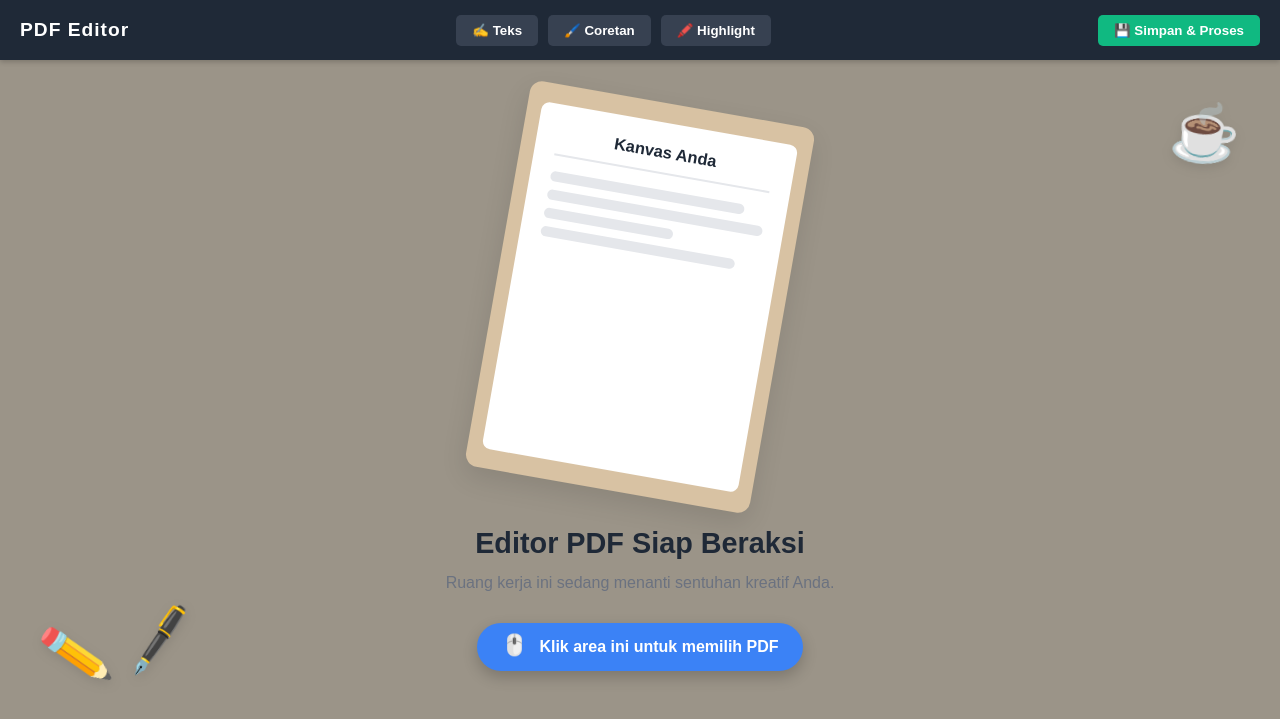
Repository: IkhsanMoekhtar/pdf_editor
Page: /
These files come from the project's save history. The page is drawn as it stood at one moment and after the next save; the edit follows.
The browser window is 1280 px wide. The pictures show the whole page.
The pointer rests on the first visible `.empty-state.desktop-scene`.
The project was rebuilt for these pictures with package versions that can differ from the ones it lists, and the page was loaded fresh each time. Also part of the build but not shown: vite.config.js.

Above is the page before, as saved 2026-03-18 04:57:35.

### index.html
<!doctype html>
<html lang="en">
  <head>
    <meta charset="UTF-8" />
    <link rel="icon" type="image/svg+xml" href="/favicon.svg" />
    <meta name="viewport" content="width=device-width, initial-scale=1.0" />
    <title>frontend-pdf</title>
  </head>
  <body>
    <div id="root"></div>
    <script type="module" src="/src/main.jsx"></script>
  </body>
</html>

### src/index.css
/* --- CSS RESET GLOBAL --- */

/* Tanda bintang (*) artinya menerapkan aturan ini ke SEMUA elemen di website */
* {
  margin: 0;
  padding: 0;
  box-sizing: border-box; /* Memastikan padding tidak menambah lebar elemen */
}

/* Memaksa elemen dasar website untuk mengambil 100% layar tanpa sisa */
html, body, #root {
  width: 100%;
  height: 100%;
  background-color: #f3f4f6; /* Warna latar belakang aplikasi kita */
}

/* Menghilangkan font default yang kaku */
body {
  font-family: Inter, system-ui, Avenir, Helvetica, Arial, sans-serif;
  -webkit-font-smoothing: antialiased;
}

### src/App.jsx
import React, { useState, useRef } from 'react';
import './App.css';

function App() {
  const [pdfFile, setPdfFile] = useState(null);
  const [activeTool, setActiveTool] = useState(null);

  // Membuat referensi untuk elemen input file yang disembunyikan
  const fileInputRef = useRef(null);

  const handleFileUpload = (event) => {
    const file = event.target.files[0];
    if (file && file.type === 'application/pdf') {
      const fileUrl = URL.createObjectURL(file);
      setPdfFile(fileUrl);
    } else {
      alert("Mohon unggah file dengan format PDF.");
    }
  };

  const handleToolClick = (toolName) => {
    setActiveTool(toolName);
    if (toolName === 'save') {
      alert("Mempersiapkan data untuk dikirim ke backend Golang!");
      setActiveTool(null);
    }
  };

  // Fungsi yang dijalankan saat area kosong diklik
  const triggerUpload = () => {
    fileInputRef.current.click(); // Memicu klik pada input file yang asli
  };

  return (
    <div className="app-container">

      {/* --- TOPBAR: Menu Editing Utama --- */}
      <header className="topbar">
        <div className="brand">
          <strong>PDF Editor</strong>
        </div>

        <div className="tools-group">
          <button className={`tool-btn ${activeTool === 'text' ? 'active' : ''}`} onClick={() => handleToolClick('text')}>
            ✍️ Teks
          </button>
          <button className={`tool-btn ${activeTool === 'draw' ? 'active' : ''}`} onClick={() => handleToolClick('draw')}>
            🖌️ Coretan
          </button>
          <button className={`tool-btn ${activeTool === 'highlight' ? 'active' : ''}`} onClick={() => handleToolClick('highlight')}>
            🖍️ Highlight
          </button>
        </div>

        <button className="tool-btn save-btn" onClick={() => handleToolClick('save')}>
          💾 Simpan & Proses
        </button>
      </header>

      {/* --- AREA KERJA UTAMA --- */}
      <main className="workspace">
        <div className="viewer-container">
          {pdfFile ? (
            <iframe
              src={pdfFile}
              width="100%"
              height="100%"
              title="PDF Viewer"
              style={{ border: 'none' }}
            />
          ) : (
            // --- AREA KOSONG (KLIK UNTUK UPLOAD) ---
            // Tambahkan event onClick ke kontainer utama
            <div className="empty-state desktop-scene" onClick={triggerUpload}>

              {/* INPUT FILE TERSEMBUNYI */}
              <input
                type="file"
                accept="application/pdf"
                style={{ display: 'none' }}
                ref={fileInputRef}
                onChange={handleFileUpload}
              />

              {/* Dekorasi Papan Klip */}
              <div className="clipboard">
                <div className="clipboard-paper">
                  <div className="clipboard-header">Kanvas Anda</div>
                  <div className="clipboard-content">
                    <div className="empty-line large"></div>
                    <div className="empty-line"></div>
                    <div className="empty-line medium"></div>
                    <div className="empty-line large"></div>
                  </div>
                </div>
              </div>

              {/* Dekorasi Meja */}
              <div className="desk-item coffee-cup">☕️</div>
              <div className="desk-item pens">✏️ 🖋️</div>

              {/* Pesan */}
              <div className="message-container">
                <h3>Editor PDF Siap Beraksi</h3>
                <p>Ruang kerja ini sedang menanti sentuhan kreatif Anda.</p>
              </div>

              {/* Petunjuk Memulai */}
              <div className="start-hint-pil">
                <span className="bouncy-arrow">🖱️</span> Klik area ini untuk memilih PDF
              </div>
            </div>
          )}
        </div>
      </main>
    </div>
  );
}

export default App;

### src/App.css
/* --- TATA LETAK UTAMA --- */
.app-container {
  display: flex;
  flex-direction: column;
  height: 100vh;
  font-family: sans-serif;
  background-color: #e5e7eb;
}

/* --- TOPBAR --- */
.topbar {
  display: flex;
  justify-content: space-between;
  align-items: center;
  background-color: #1f2937;
  color: white;
  padding: 10px 20px;
  height: 60px;
  box-shadow: 0 2px 5px rgba(0,0,0,0.2);
  z-index: 10;
}

.brand { font-size: 1.2rem; letter-spacing: 1px; }
.tools-group { display: flex; gap: 10px; }

.tool-btn {
  padding: 8px 16px;
  background-color: #374151;
  color: white;
  border: none;
  border-radius: 5px;
  cursor: pointer;
  font-weight: bold;
  transition: all 0.2s;
}

.tool-btn:hover { background-color: #4b5563; }
.tool-btn.active { background-color: #3b82f6; }
.save-btn { background-color: #10b981; }
.save-btn:hover { background-color: #059669; }

/* --- AREA KERJA UTAMA --- */
.workspace {
  flex: 1;
  display: flex;
  position: relative;
  overflow: hidden;
}

.viewer-container {
  width: 100%;
  height: 100%;
  background-color: #d1d5db;
  display: flex;
  justify-content: center;
  align-items: center;
}

/* --- DESAIN AREA KOSONG (KLIK UNTUK UPLOAD) --- */
.empty-state.desktop-scene {
  display: flex;
  flex-direction: column;
  align-items: center;
  justify-content: center;
  height: 100%;
  width: 100%;
  background-color: #f9fafb;
  position: relative;
  padding: 40px;
  overflow: hidden;
  cursor: pointer; /* Mengubah kursor menjadi tangan (menandakan bisa diklik) */
  transition: background-color 0.3s ease;
}

/* Sedikit penggelapan latar belakang saat area disorot mouse */
.empty-state.desktop-scene:hover {
  background-color: #9b9488;
}

.clipboard {
  width: 280px; height: 380px;
  background-color: #d8c2a3;
  border-radius: 12px;
  box-shadow: 0 10px 25px rgba(0,0,0,0.1);
  transform: rotate(-3deg);
  position: relative;
  display: flex; align-items: center; justify-content: center;
  margin-bottom: 40px;
  transition: transform 0.3s ease;
}

.empty-state.desktop-scene:hover .clipboard {
  transform: rotate(10deg) scale(1.03);
}

.clipboard-paper {
  width: 90%; height: 90%; background-color: #ffffff;
  border-radius: 8px; padding: 20px;
  display: flex; flex-direction: column; gap: 15px;
}

.clipboard-header {
  font-weight: bold; color: #1f2937;
  border-bottom: 2px solid #e5e7eb; padding-bottom: 10px; text-align: center;
}

.clipboard-content { flex: 1; display: flex; flex-direction: column; gap: 8px; }
.empty-line { height: 10px; background-color: #e5e7eb; border-radius: 5px; }
.empty-line.large { width: 90%; }
.empty-line.medium { width: 60%; }

.desk-item { position: absolute; font-size: 3.5rem; filter: drop-shadow(0 4px 6px rgba(0,0,0,0.1)); }
.coffee-cup { top: 40px; right: 40px; transform: rotate(5deg); }
.pens { bottom: 40px; left: 40px; display: flex; gap: 10px; transform: rotate(-10deg); }

.message-container { text-align: center; max-width: 500px; margin-bottom: 30px; }
.message-container h3 { font-size: 1.8rem; color: #1f2937; font-weight: 700; margin-bottom: 10px; }
.message-container p { color: #6b7280; line-height: 1.6; }

.start-hint-pil {
  display: flex; align-items: center; gap: 12px;
  background-color: #1f2937; color: #ffffff;
  padding: 12px 24px; border-radius: 999px;
  font-weight: bold; box-shadow: 0 6px 15px rgba(0,0,0,0.2);
  transition: all 0.2s;
}

.empty-state.desktop-scene:hover .start-hint-pil {
  background-color: #3b82f6; /* Berubah menjadi biru saat disorot */
  transform: translateY(-2px);
}

/* Animasi Ikon Mouse bergerak naik turun */
.bouncy-arrow {
  display: inline-block;
  font-size: 1.3rem;
  animation: bounce-vertical-hint 1.5s infinite;
}

@keyframes bounce-vertical-hint {
  0%, 100% { transform: translateY(0); }
  50% { transform: translateY(-5px); }
}

Loaded but not shown: src/main.jsx (common file)

After the next save:
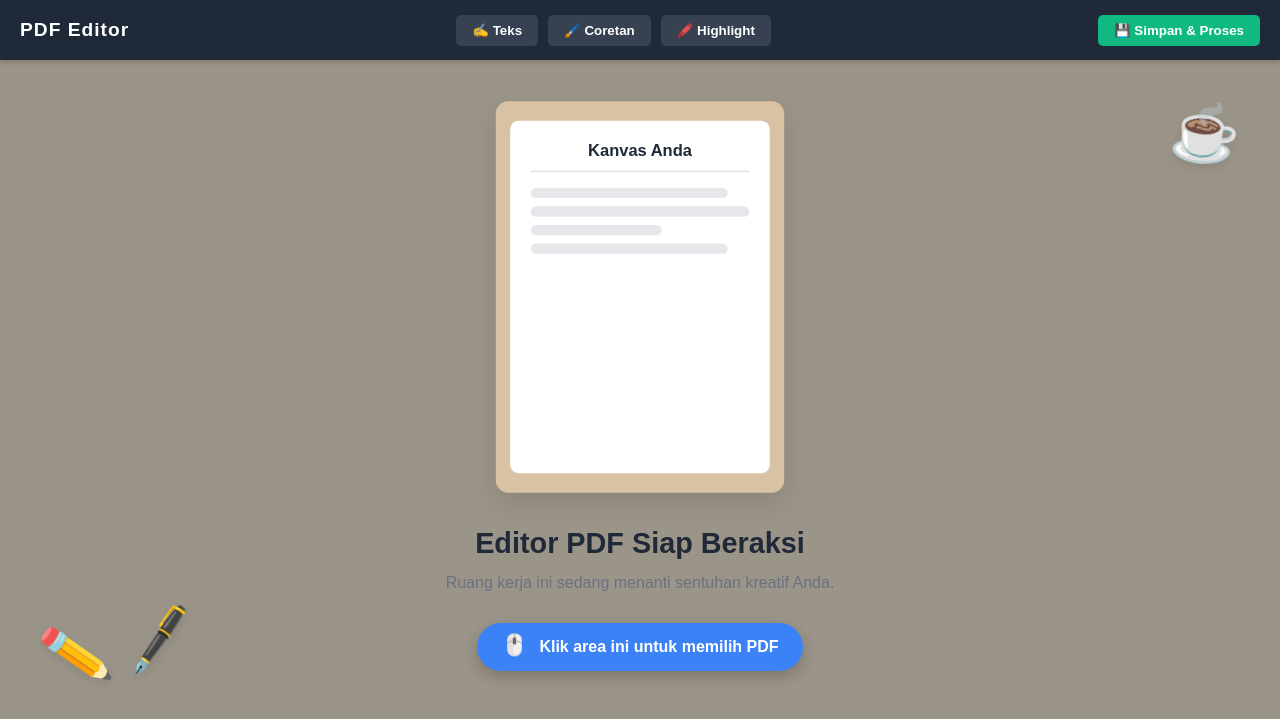
Saved 5 s later.
--- a/src/App.css
+++ b/src/App.css
@@ -90,7 +90,7 @@
 }
 
 .empty-state.desktop-scene:hover .clipboard {
-  transform: rotate(10deg) scale(1.03);
+  transform: rotate(0deg) scale(1.03);
 }
 
 .clipboard-paper {
